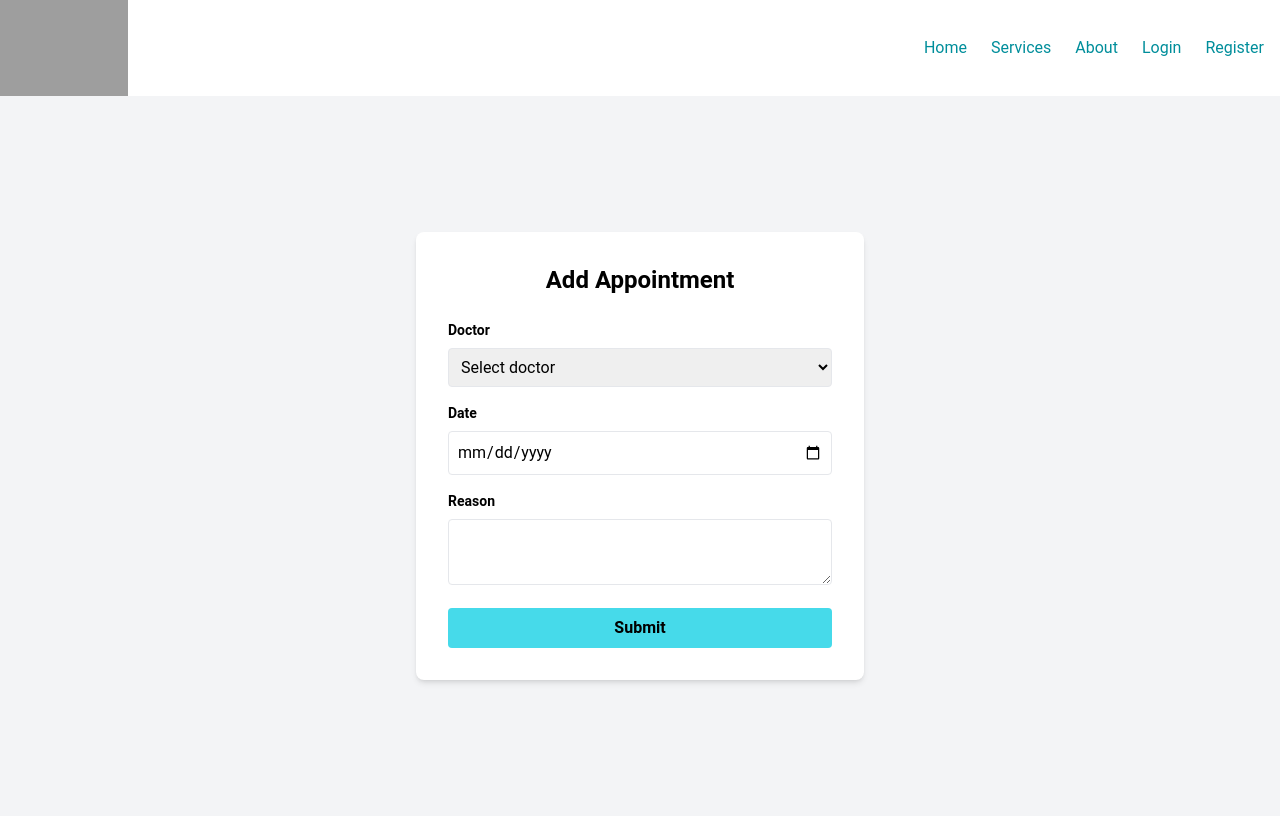
Repository: ahmedkhaleddev02-del/DoctorAppointment-MERN
Page: /add-appointment (app in frontend/frontend/)
An editor plug-in stored every save of this project. The page is shown before and after the next save, followed by the edit.
The browser window is 1280 px wide. The pictures show the whole page.
Pictures or frames that could not be fetched are drawn as grey boxes. The page's requests for data from a server got no answer. Some web libraries are served in a nearby version. The project was rebuilt for these pictures with package versions that can differ from the ones it lists, and the page was loaded fresh each time. No one was signed in, and anything a server would have sent is missing. Also part of the build but not shown: frontend/frontend/src/components/Login.jsx, frontend/frontend/src/components/Register.jsx, frontend/frontend/src/components/CallToAction.jsx, frontend/frontend/src/components/HeroSlider.jsx, frontend/frontend/src/components/About.jsx, frontend/frontend/src/components/Stats.jsx, frontend/frontend/src/components/Departments.jsx, frontend/frontend/src/pages/Home.jsx.

Above is the page before, as saved 2025-07-28 22:33:41.

After the next save:
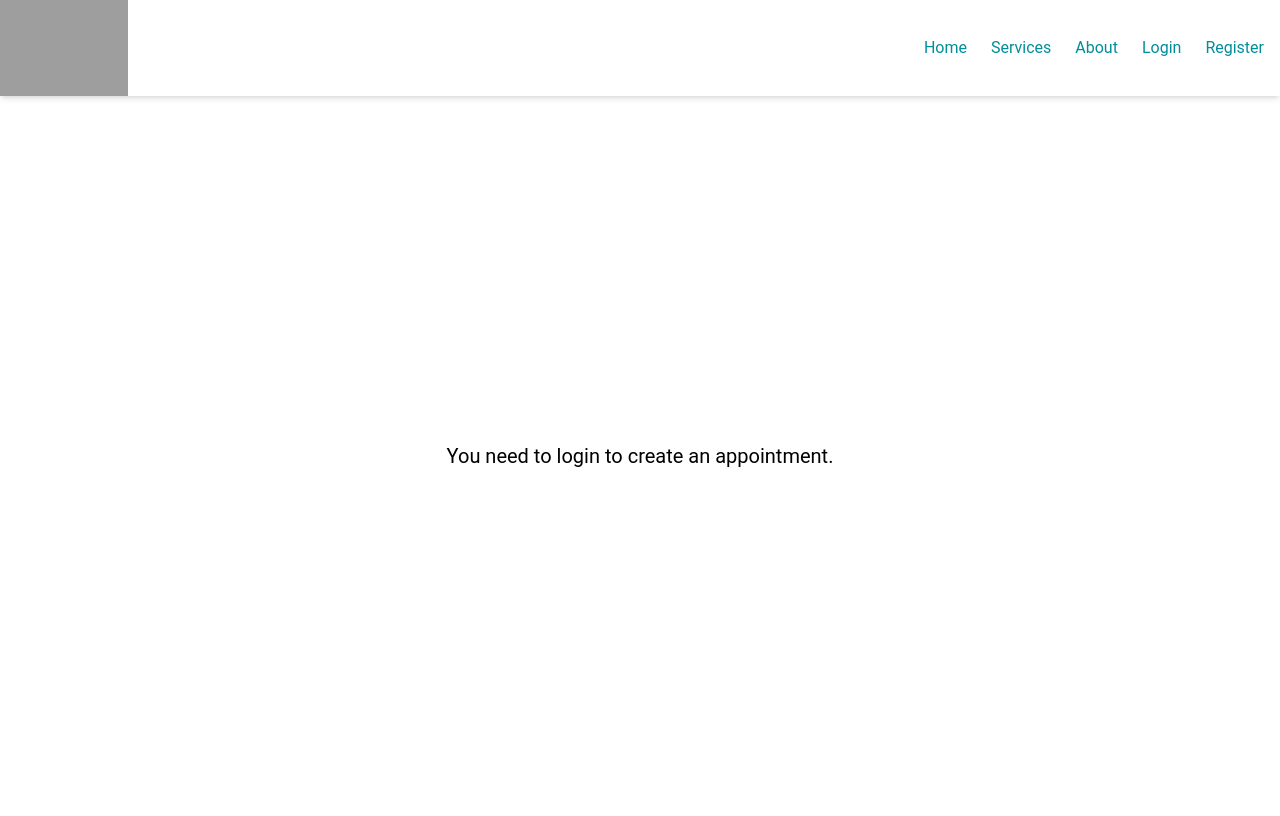
Saved 2 min 32 s later.
--- a/frontend/frontend/src/pages/AddAppointment.jsx
+++ b/frontend/frontend/src/pages/AddAppointment.jsx
@@ -51,9 +51,11 @@ function AddAppointment() {
      }
 
      if(!user){
-        <div className="flex items-center justify-center h-screen text-xl">
-        You need to login to create an appointment.
-      </div>
+         return (
+            <div className="flex items-center justify-center h-screen text-xl">
+                You need to login to create an appointment.
+            </div>
+        )
      }
   return (
     <div className='flex justify-center items-center h-screen bg-gray-100'>
